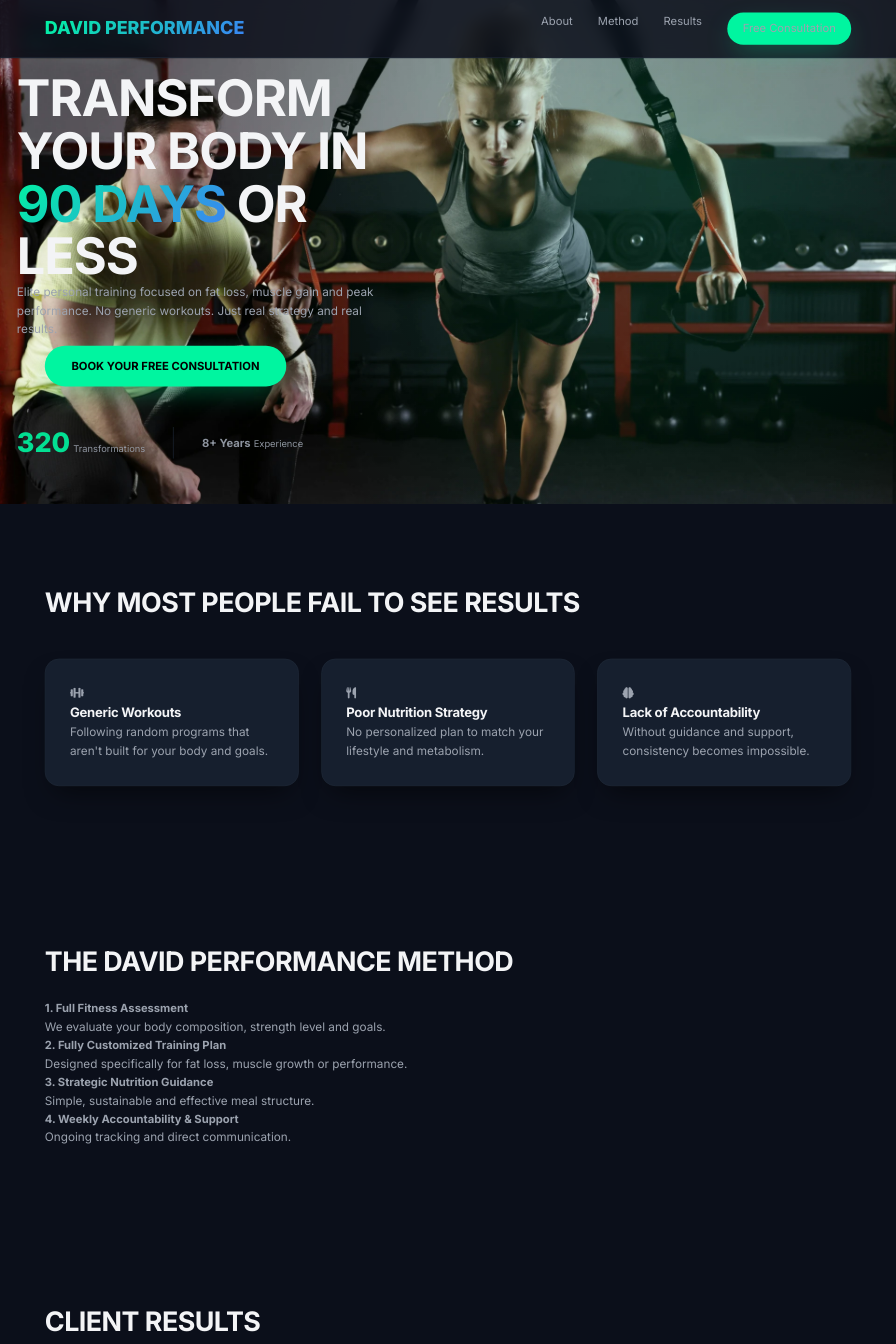
Repository: davidfsillva/Landing-page-pro
Page: index.html
An editor plug-in stored every save of this project. The page is shown before and after the next save, followed by the edit.
The browser window is 1280 px wide. The pictures show the part of the page from y = 0 to 1920 px (the page is 3387 px tall), at 70% of full size.

Above is the page before, as saved 2026-02-25 16:06:27.

After the next save:
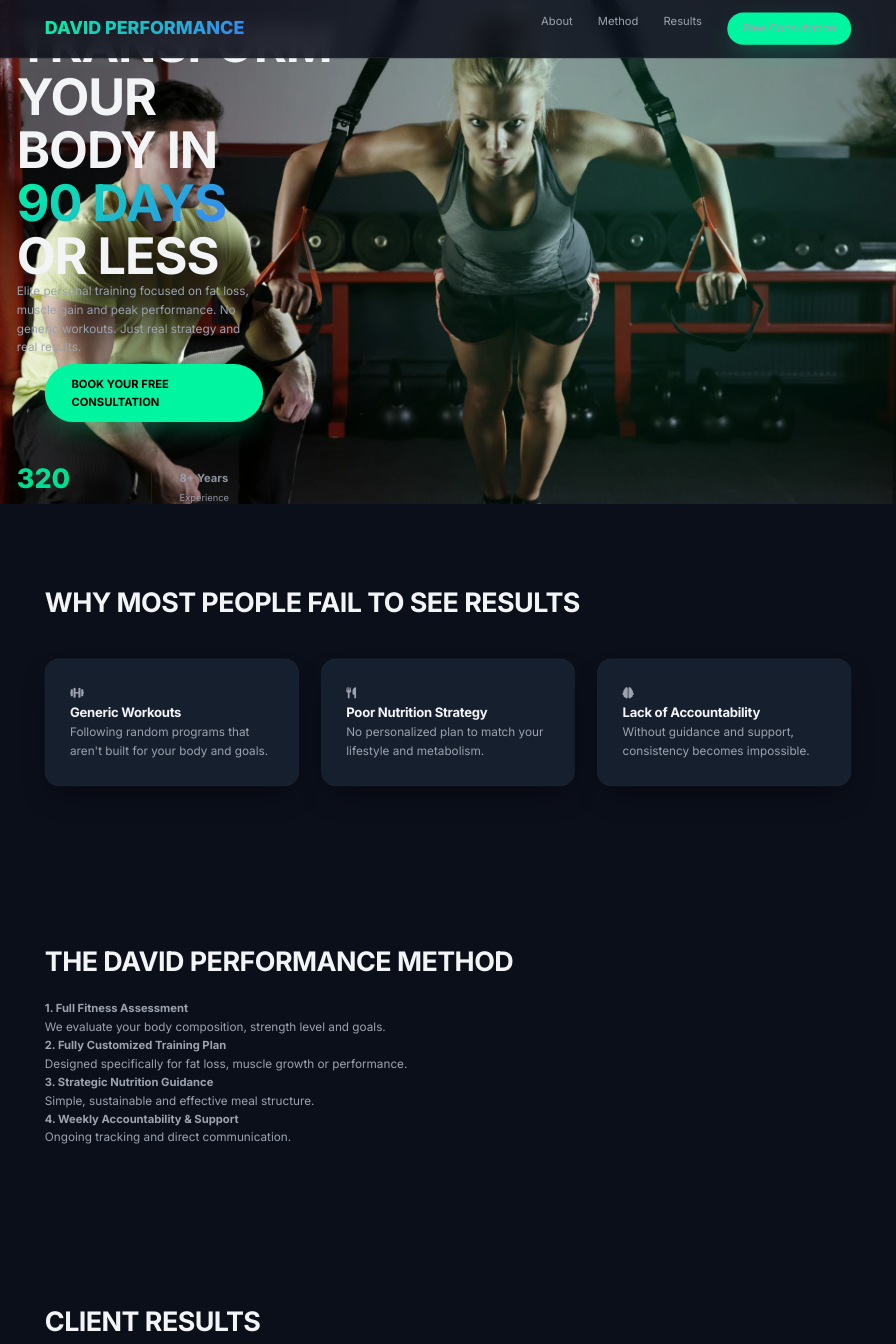
Saved 13 s later.
--- a/style.css
+++ b/style.css
@@ -206,7 +206,7 @@
 .hero-content {
     position: relative;
     z-index: 2;
-    max-width: 600px;   /* controla largura do texto */
+    max-width: 400px;   /* controla largura do texto */
     margin-left: 0;     /* remove qualquer centralização */
     text-align: left;   /* garante alinhamento */
 }

After the save that followed:
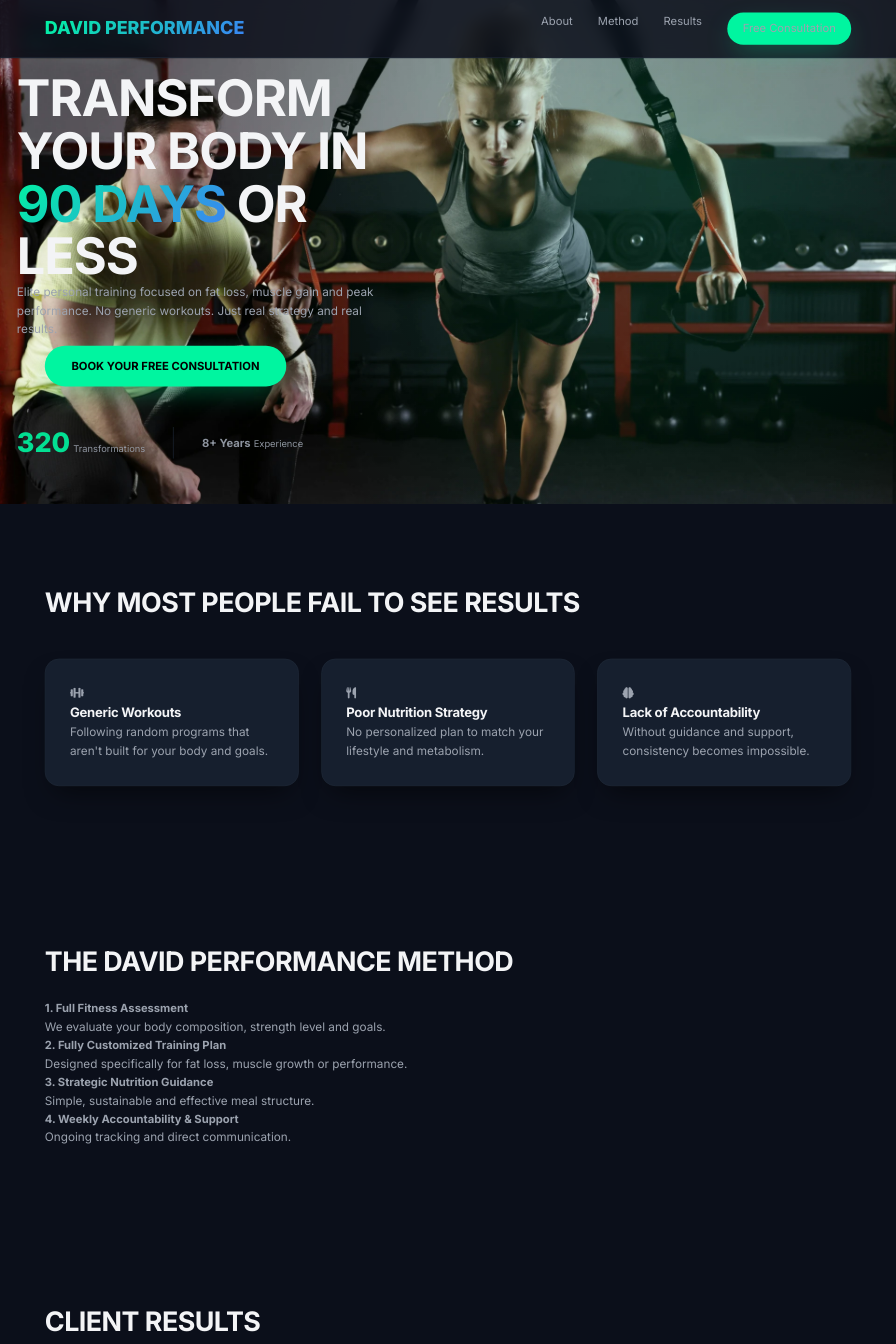
Saved 6 s later.
--- a/style.css
+++ b/style.css
@@ -206,7 +206,7 @@
 .hero-content {
     position: relative;
     z-index: 2;
-    max-width: 400px;   /* controla largura do texto */
+    max-width: 600px;   /* controla largura do texto */
     margin-left: 0;     /* remove qualquer centralização */
     text-align: left;   /* garante alinhamento */
 }
